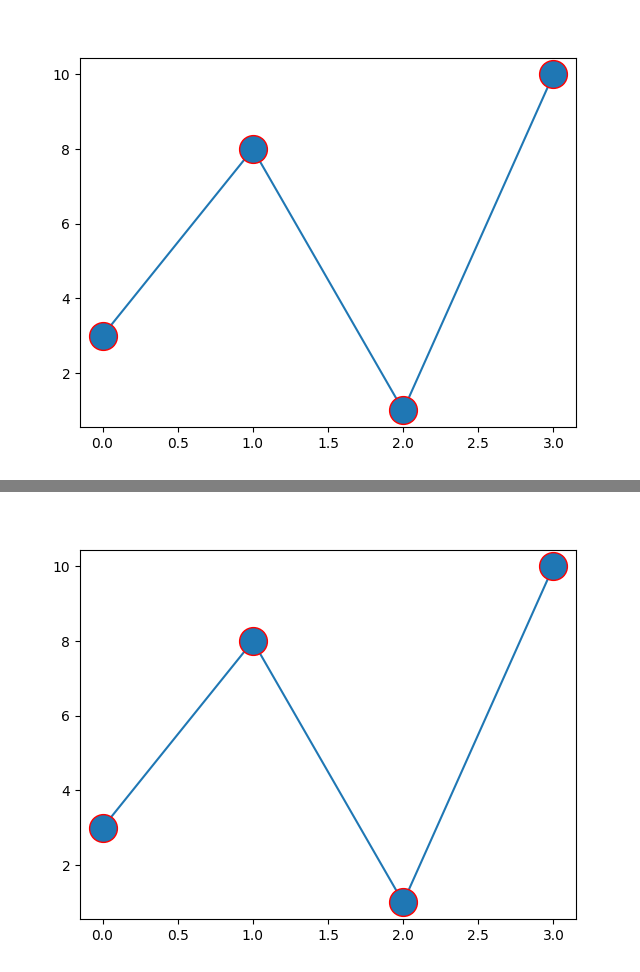
Repository: rupeshkofficial/Python-Code
Script's output: python MATPLOTLIB/3_matplotlibmarkers.py
The author's editor kept a copy of each file at every save. The script's output is drawn from the files as they stood at one save, then again after the next save.
Each picture stacks the figures in order, with grey between them; figures that are only written to a file come last. Random numbers start from a fixed seed.

Above is the script's output before, as saved 2024-05-22 14:59:28.

### MATPLOTLIB/3_matplotlibmarkers.py
# Marker Size - ms
# import matplotlib.pyplot as plt
# import numpy as np
# ypoints = np.array([3,8,1,10])
# plt.plot(ypoints, marker = 'o', ms = 20)
# plt.show()


# Marker Edge Color - mec
import matplotlib.pyplot as plt
import numpy as np
ypoints = np.array([3,8,1,10])
plt.plot(ypoints, marker = 'o', ms = 20, mec = 'r')
plt.show()



# Marker face color - mfc
import matplotlib.pyplot as plt
import numpy as np
ypoints = np.array([3,8,1,10])
plt.plot(ypoints, marker = 'o', ms = 20, mec = 'r')
plt.show()

After the next save:
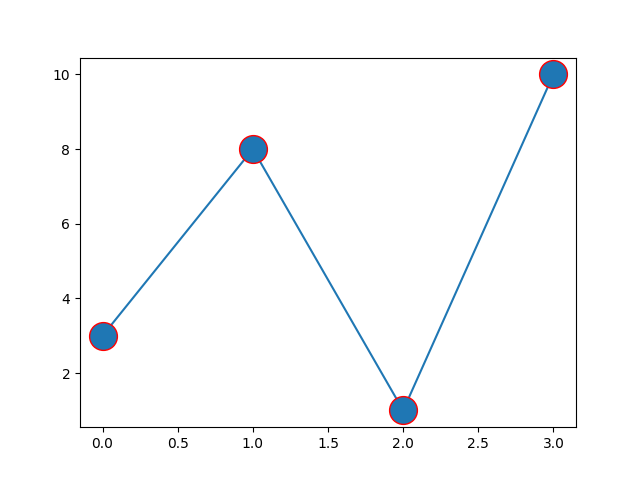
Saved 30 s later.
--- a/MATPLOTLIB/3_matplotlibmarkers.py
+++ b/MATPLOTLIB/3_matplotlibmarkers.py
@@ -7,11 +7,11 @@
 
 
 # Marker Edge Color - mec
-import matplotlib.pyplot as plt
-import numpy as np
-ypoints = np.array([3,8,1,10])
-plt.plot(ypoints, marker = 'o', ms = 20, mec = 'r')
-plt.show()
+# import matplotlib.pyplot as plt
+# import numpy as np
+# ypoints = np.array([3,8,1,10])
+# plt.plot(ypoints, marker = 'o', ms = 20, mec = 'r')
+# plt.show()
 
 
 
